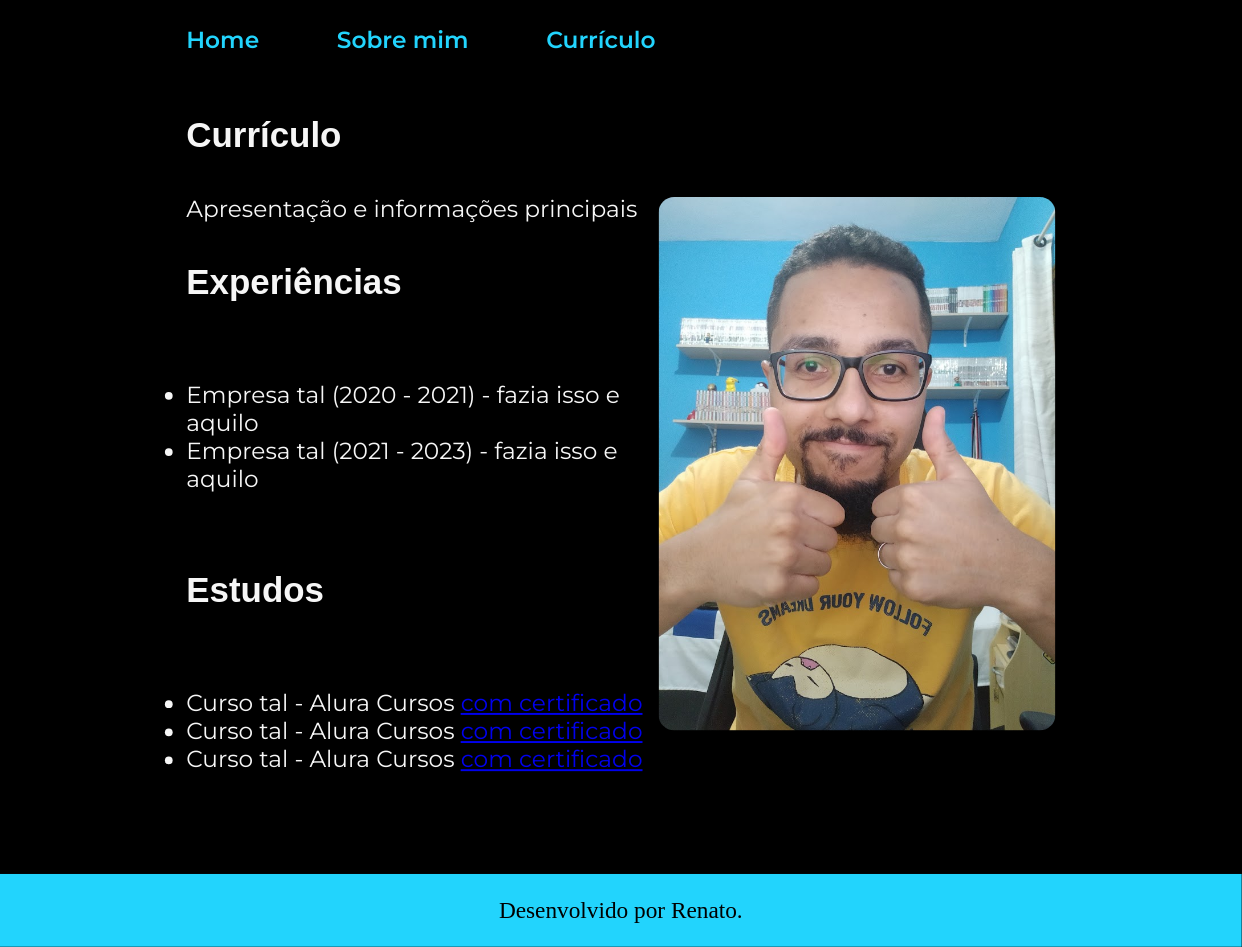
Repository: RenatoCCS/Portfolio_Alura
Page: curriculo.html
The author's editor kept a copy of each file at every save. The page is drawn from the files as they stood at one save, then again after the next save.
The browser window is 1280 px wide. The pictures show the whole page, at 97% of full size.
Some web fonts or font styles are not loaded; a fallback is used.

Above is the page before, as saved 2023-03-06 15:33:56.

### curriculo.html
<!DOCTYPE html>
<html lang="pt-br">
  <head>
    <meta charset="UTF-8" />
    <meta http-equiv="X-UA-Compatible" content="IE=edge" />
    <meta name="viewport" content="width=device-width, initial-scale=1.0" />
    <title>Currículo</title>
    <link rel="stylesheet" href="./styles/style.css" />
  </head>

  <body>
    <header class="cabecalho">
      <nav class="cabecalho__menu">
        <a class="cabecalho__menu__link" href="index.html">Home</a>
        <a class="cabecalho__menu__link" href="about.html">Sobre mim</a>
        <a class="cabecalho__menu__link" href="curriculo.html">Currículo</a>
      </nav>
    </header>

    <main class="apresentacao">
      <section class="apresentacao__conteudo">
          <h1 class="apresentacao__conteudo__titulo">Currículo</h1>
          <p class="apresentacao__conteudo__texto">
              Apresentação e informações principais
          </p>
          <h2 class="apresentacao__conteudo__titulo">Experiências</h2>
          <p class="apresentacao__conteudo__texto">
          <ul class="apresentacao__conteudo__texto">
              <li> Empresa tal (2020 - 2021) - fazia isso e aquilo </li>
              <li> Empresa tal (2021 - 2023) - fazia isso e aquilo </li>
          </ul>
          </p>
          <h2 class="apresentacao__conteudo__titulo">Estudos</h2>
          <p class="apresentacao__conteudo__texto">
          <ul class="apresentacao__conteudo__texto">
              <li>Curso tal - Alura Cursos <a href="linkdocertificado">com certificado</a> </li>
              <li>Curso tal - Alura Cursos <a href="linkdocertificado">com certificado</a></li>
              <li>Curso tal - Alura Cursos <a href="linkdocertificado">com certificado</a></li>
          </ul>
          </p>
      </section>
      <img class="apresentacao__foto"
      src="./assets/renato.jpg" alt="Foto da Joana Santos programando">
  </main>

    <footer class="rodape"><p>Desenvolvido por Renato.</p></footer>
  </body>
</html>

### styles/style.css
@import url('https://fonts.googleapis.com/css2?family=Krona+One&family=Montserrat:wght@400;600&display=swap');

* {
  margin: 0;
  padding: 0;
}

body {
  /* height: 100vh; */
  box-sizing: border-box;
  background-color: #000000;
  color: #f6f6f6;
}

.cabecalho {
  padding: 2% 0% 0% 15%;
}

.cabecalho__menu {
  display: flex;
  gap: 80px;
}

.cabecalho__menu__link {
  font-family: 'Montserrat', sans-serif;
  font-size: 24px;
  font-weight: 600;
  color: #22d4fd;
  text-decoration: none;
}

.apresentacao {
  padding: 5% 15%;
  display: flex;
  align-items: center;
  justify-content: space-between;
}

.apresentacao__conteudo {
  width: 615px;
  display: flex;
  flex-direction: column;
  gap: 40px;
}

.apresentacao__conteudo__titulo {
  font-size: 36px;
  font-family: 'Krona One', sans-serif;
}

.titulo-destaque {
  color: #22d4fd;
}

.apresentacao__conteudo__texto {
  font-size: 24px;
  font-family: 'Montserrat', sans-serif;
}

.apresentacao__links {
  display: flex;
  flex-direction: column;
  justify-content: space-between;
  align-items: center;
  gap: 32px;
}

.apresentacao__links__subtitulo {
  font-family: 'Krona One', sans-serif;
  font-weight: 400;
  font-size: 24px;
}

.apresentacao__links__link {
  /* background-color: #22d4fd; foi trocado o estilo*/
  display: flex;
  justify-content: center;
  gap: 16px;
  border: 2px solid #22d4fd;
  width: 378px;
  text-align: center;
  border-radius: 8px;
  font-size: 24px;
  font-weight: 600;
  padding: 21.5px 0;
  text-decoration: none;
  color: #f6f6f6;
  font-family: 'Montserrat', sans-serif;
}

.apresentacao__links__link:hover {
  background-color: #272727;
}

/*Utilizei minha foto e fui adaptando de acordo com o tamanho da outra foto*/
.apresentacao__foto {
  height: 550px;
  width: 490px;
  left: 1032px;
  top: 253px;
  border-radius: 16px;
}

.rodape {
  padding: 24px;
  color: #000000;
  background-color: #22d4fd;
  text-align: center;
  font-family: 'Montserrat' sans-serif;
  font-size: 24px;
  font-weight: 400;
}

After the next save:
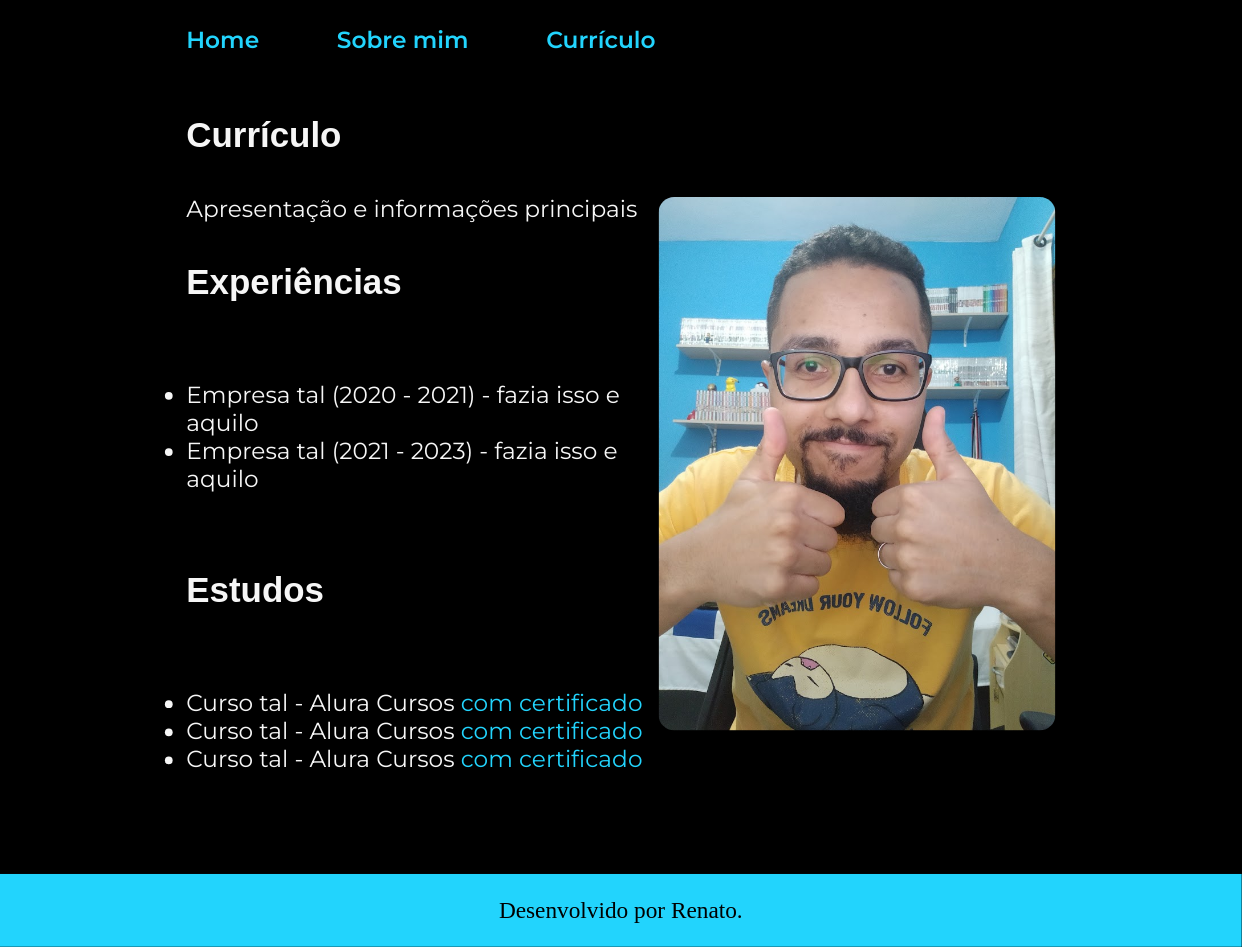
Saved 100 s later.
--- a/styles/style.css
+++ b/styles/style.css
@@ -57,6 +57,11 @@ body {
   font-family: 'Montserrat', sans-serif;
 }
 
+.apresentacao__conteudo__texto a {
+  text-decoration: none;
+  color: #22d4fd;
+}
+
 .apresentacao__links {
   display: flex;
   flex-direction: column;
